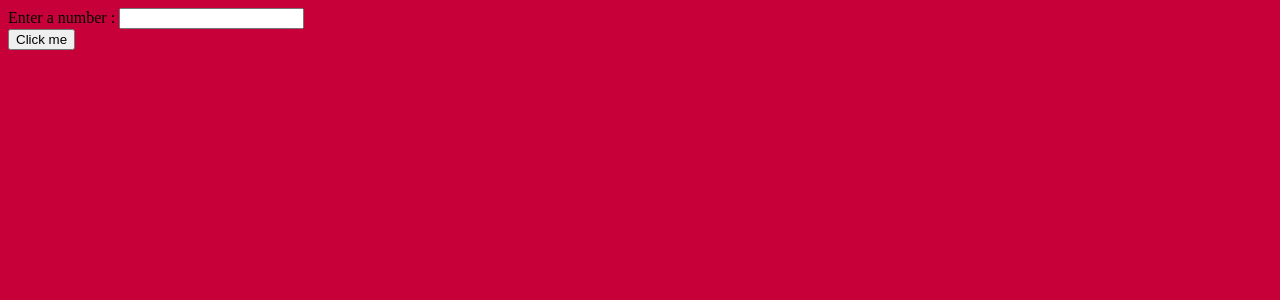
Repository: chinthaginjalabhuvan/Java
Page: MyFirstWeb/src/main/webapp/Table.html
An editor plug-in stored every save of this project. The page is shown before and after the next save, followed by the edit.
The browser window is 1280 px wide. The pictures show the whole page.

Above is the page before, as saved 2025-06-03 06:22:58.

After the next save:
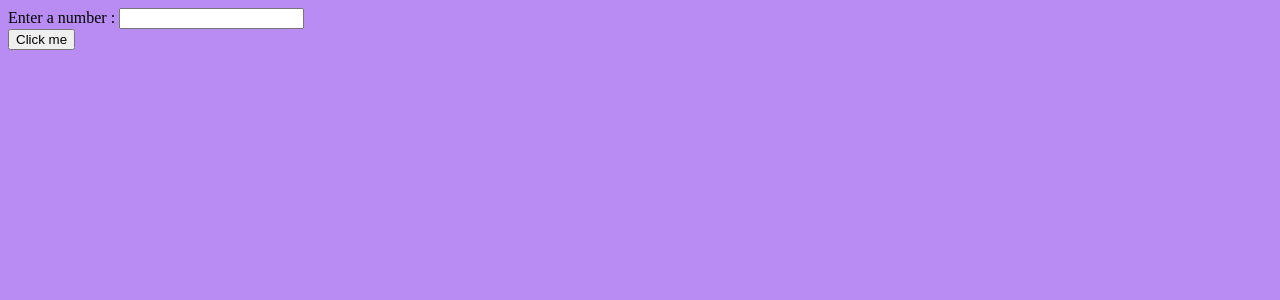
Saved 53 s later.
--- a/MyFirstWeb/src/main/webapp/Table.html
+++ b/MyFirstWeb/src/main/webapp/Table.html
@@ -1,6 +1,6 @@
 <html>
 
-<body bgcolor="#C70039">
+<body bgcolor="#b88cf3 ">
 
 <form action="Table.jsp">
 
